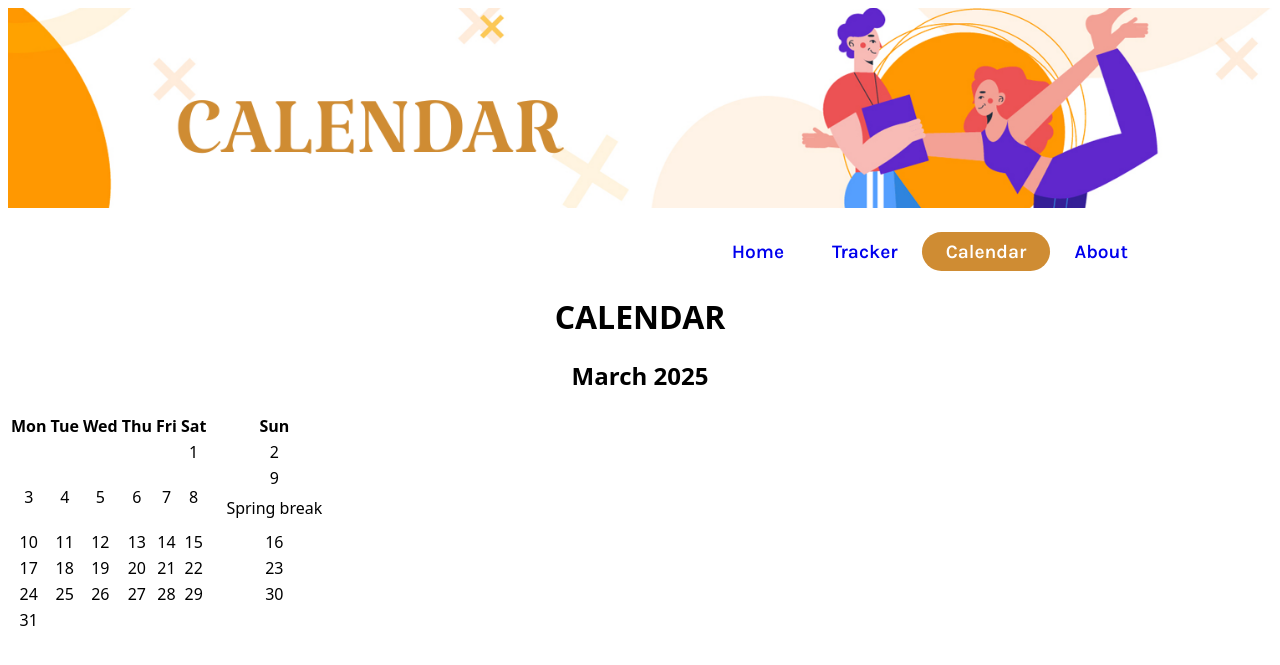
Repository: SandyLy453/habit-tracker
Page: http://localhost/calendar?month=1&year=2025
These files come from the project's save history. The page is drawn as it stood at one moment and after the next save; the edit follows.
The browser window is 1280 px wide. The pictures show the whole page.
The page is served by the project's Node server (server.js).

Above is the page before, as saved 2025-03-16 17:18:22.

### views/pages/calendar.ejs
<!DOCTYPE html>
<html lang="en">
<head>
    <meta charset="UTF-8">
    <meta name="viewport" content="width=device-width, initial-scale=1.0">
    <link rel="stylesheet" href="/styles.css">
    <link rel="preconnect" href="https://fonts.googleapis.com">
    <link rel="preconnect" href="https://fonts.gstatic.com" crossorigin>
    <link href="https://fonts.googleapis.com/css2?family=Karla:ital,wght@0,200..800;1,200..800&family=Roboto:ital,wght@0,100..900;1,100..900&display=swap" rel="stylesheet">
</head>
<body>
    <%- include('../partials/header', { activePage: 'calendar' }) %>

  <div class="calendar-container">
    <header class="calendar-header">
      <h1>CALENDAR</h1>
    </header>

    <div class="calendar-nav">
      <h2 id="month-year">
        <%= new Date(currentYear, currentMonth).toLocaleString('default', { month: 'long', year: 'numeric' }) %>
      </h2>
    </div>

    <table class="calendar-table">
      <thead>
        <tr>
          <th>Mon</th><th>Tue</th><th>Wed</th><th>Thu</th><th>Fri</th><th>Sat</th><th>Sun</th>
        </tr>
      </thead>
      <tbody>
        <%
          const firstDay = new Date(currentYear, currentMonth, 1);
          const firstDayIndex = (firstDay.getDay() + 6) % 7;
          const daysInMonth = new Date(currentYear, currentMonth + 1, 0).getDate();
          let dateCount = 1;

          for (let i = 0; i < 6; i++) { %>
          <tr>
            <% for (let j = 0; j < 7; j++) { %>
              <% if ((i === 0 && j < firstDayIndex) || dateCount > daysInMonth) { %>
                <td></td>
              <% } else { %>
                <td class="calendar-day">
                  <span class="date-number"><%= dateCount %></span>
                  <% if (currentMonth === 2 && dateCount === 9) { %>
                    <div class="event">Spring break</div>
                  <% } %>
                </td>
                <% dateCount++; %>
              <% } %>
            <% } %>
          </tr>
        <% } %>
      </tbody>
    </table>
  </div>

</body>
</html>

### views/partials/header.ejs
<!DOCTYPE html>
<html lang="en">
<head>
    <meta charset="UTF-8">
    <meta name="viewport" content="width=device-width, initial-scale=1.0">
    <title>
        <%= typeof title != 'undefined' ? title : 'Page Title' %>
    </title>
    <link rel="stylesheet" href="/styles.css">
    <link rel="preconnect" href="https://fonts.googleapis.com">
    <link rel="preconnect" href="https://fonts.gstatic.com" crossorigin>
    <link href="https://fonts.googleapis.com/css2?family=Karla:ital,wght@0,200..800;1,200..800&family=Roboto:ital,wght@0,100..900;1,100..900&display=swap" rel="stylesheet">
</head>
<body>
    <header>
        <div class="header_container">
            <img src="<%= activePage === 'home' ? '/images/home_banner.png' : activePage === 'tracker' ? '/images/tracker_banner.png' : activePage === 'calendar' ? '/images/calendar_banner.png' : '/images/about_banner.png' %>" alt="Banner Images"/>
            <ul class="header">
                <li><a href="/" class="header_items <%= activePage === 'home' ? 'highlight' : '' %>">Home</a></li>
                <li><a href="/tracker" class="header_items <%= activePage === 'tracker' ? 'highlight' : '' %>">Tracker</a></li>
                <li><a href="/calendar" class="header_items <%= activePage === 'calendar' ? 'highlight' : '' %>">Calendar</a></li>
                <li><a href="/about" class="header_items <%= activePage === 'about' ? 'highlight' : '' %>">About</a></li>
              </ul>
        </div>
    </header>
</body>
</html>

### server.js
import pg from 'pg';
import express from 'express';
import bodyParser from 'body-parser';
import dotenv from 'dotenv';
import path from 'path';
import { fileURLToPath } from 'url';

const __filename = fileURLToPath(import.meta.url);
const __dirname = path.dirname(__filename);

dotenv.config();

// Database setup
const db = new pg.Client({
  user: process.env.DB_USER,
  host: process.env.DB_HOST,
  database: process.env.DB_DATABASE,
  password: process.env.DB_PASSWORD,
  port: process.env.DB_PORT,
});

db.connect()
  .then(() => {
    console.log('Connected to the database');
  })
  .catch(err => {
    console.error('Database connection error:', err.stack);
});

const app = express();
const port = 3000;

app.set('views', path.join(__dirname, 'views'));

// Middleware
app.use(bodyParser.urlencoded({ extended: true }));
app.use(express.static('public'));  // Serve static files from the public folder
app.set('view engine', 'ejs');

// Routes
app.get('/', (req, res) => {
  res.render('pages/home', {
    title: "Personal Habit Tracker",
    activePage: 'home',
    paragraph: "Track your progress today for better habits."
  });
});

app.get('/tracker', (req, res) => {
  res.render('pages/tracker', {
    title: "My Habits Tracker",
    activePage: 'tracker',
    paragraph: " "
  });
});

app.get('/calendar', (req, res) => {
  const currentDate = new Date();
  res.render('pages/calendar', {
    title: "Calendar",
    activePage: 'calendar',
    currentMonth: currentDate.getMonth(),
    currentYear: currentDate.getFullYear(),
  });
});

app.get('/about', (req, res) => {
  res.render('pages/about', {
    title: "About",
    activePage: 'about',
  });
});

app.listen(port, () => {
  console.log(`App listening at port ${port}`);
});

### public/styles.css
:root {
    --header-font: "Karla", sans-serif;
    --heading-font: "Lora", serif;

    --font-styles-bold: 600;
    --font-styles-regular: 400;
    --header-large: 1.2rem;
    --page-heading: 2.5rem;
    --page-details: 1.1rem;

    --card-status-inProgress: #CF8C33;
    --card-paragraph: #4A4A4A;
    --card-status-done: #03a903;

    --schedules-reading: #FFCF90;
    --schedules-running: #B2ABEA;
    --schedules-drawing: #E0F1FF;
    --schedules-meditation: #FFDDE9;
    --event-backgroundColor: #FFF7EC;

    --numDays: 5;
    --numHours: 10;
    --timeHeight: 60px;
}

body {
    font-family: Arial, sans-serif;
    text-align: center;
}

input, button {
    margin: 5px;
    padding: 8px;
}

/* Header */
.header_container img {
    margin: 0;
    padding: 0;
    display: block;
    width: 100%;
    height: 100%;
    object-fit: cover;
}

.header {
    display: flex;
    flex-direction: row;
    justify-content:flex-end;
    list-style: none;
    margin: 2rem 120px;
    font-family: var(--header-font);
    font-weight: var(--font-styles-bold);
    font-size: var(--header-large);
}

.header_items {
    text-decoration: none;
    padding: .5rem 1.5rem;
    border-radius: 20px;
}

.header_items.highlight {
    color: white;
    background-color: var(--card-status-inProgress);
}

/* Home Page */
.heading_section {
    text-align: left;
    margin: 6rem 120px 4rem 120px;
}

.heading_section h1 {
    font-family: var(--heading-font);
    font-weight: var(--font-styles-regular);
    font-size: var(--page-heading);
    margin-bottom: 0;
}

.heading_section p {
    font-size: var(--page-details);
    margin-top: .5rem;
    font-style: italic;
}

.main_content {
    display: flex;
    flex-direction: row;
    margin: 0 120px 7rem 120px;
    gap: 2rem;
    text-align: left;
    align-items: flex-start;
}

/* Home Page Cards */

.cards_section {
    width: 50%;
    display: flex;
    flex-direction: column;
    justify-content: flex-start;
    padding: 0;
}

.cards_section h2,
.schedules_section h2 {
    font-family: var(--heading-font);
}

.cards {
    display: flex;
    flex-direction: row;
    flex-wrap: wrap;
    gap: 20px;
}

.card {
    position: relative;
    background-color: white;
    border-radius: 8px;
    border: 2px solid #D8D8D8;
    padding: 15px;
    width: 240px;
    height: 180px;
    text-align: left;
    overflow: hidden;
}

.card img {
    width: 100%;
    height: 100px;
    object-fit: cover;
    position: absolute;
    overflow: hidden;
    top: 0;
    left: 0;
    right: 0;
}

.habit {
    position: relative;
    display: flex;
    flex-direction: row;
    margin-bottom: 15px;
    justify-content: space-between;
    top: 6.5rem;
}

.habit h3 {
    margin: 0;
    font-size: 16px;
}

.habit p {
    margin: 5px 0;
    font-size: 14px;
    color: var(--card-paragraph);
}

.status {
    font-weight: bold;
}

.status.in-progress {
    color: var(--card-status-inProgress);
}

.status.done {
    color: var(--card-status-done);
}

/* Calendar */

.schedules_section {
    width: 50%;
    display: flex;
    flex-direction: column;
}

.calendar {
    display: grid;
    gap: 10px;
    grid-template-columns: auto 1fr;
}

.timeline {
    display: grid;
    grid-template-rows: repeat(var(--numHours), var(--timeHeight));
}

.days {
    display: grid;
    grid-column: 2;
    gap: 5px;
    grid-template-columns: repeat(auto-fit, minmax(100px, 1fr));
}

.events {
    display: grid;
    grid-template-rows: repeat(var(--numHours), var(--timeHeight));
    border-radius: 5px;
    background: var(--event-backgroundColor);
}

.start-10 {
    grid-row-start: 2;
}

.start-12 {
    grid-row-start: 3;
}

.start-1 {
    grid-row-start: 5;
}

.start-2 {
    grid-row-start: 6;
}

.end-12 {
    grid-row-end: 4;
}

.end-1 {
    grid-row-end: 5;
}

.end-3 {
    grid-row-end: 7;
}

.end-4 {
    grid-row-end: 8;
}

.end-5 {
    grid-row-end: 9;
}

.title {
    font-weight: 600;
    margin-bottom: 0.1rem;
}

.event {
    border: 1px solid var(--eventBorderColor);
    border-radius: 5px;
    padding: 0.5rem;
    margin: 0 0.5rem;
    background: white;
}

.events p {
    font-size: 14px;
}

.space,
.date {
    height: 60px
}

body {
    font-family: system-ui, sans-serif;
}

.running {
    background: var(--schedules-running);
}

.drawing {
    background: var(--schedules-drawing);
}

.meditation {
    background: var(--schedules-meditation);
}

.reading {
    background: var(--schedules-reading);
}

.date {
    display: flex;
    gap: 1em;
}

.date-day {
    display: inline;
    font-size: var(--page-details);
}

After the next save:
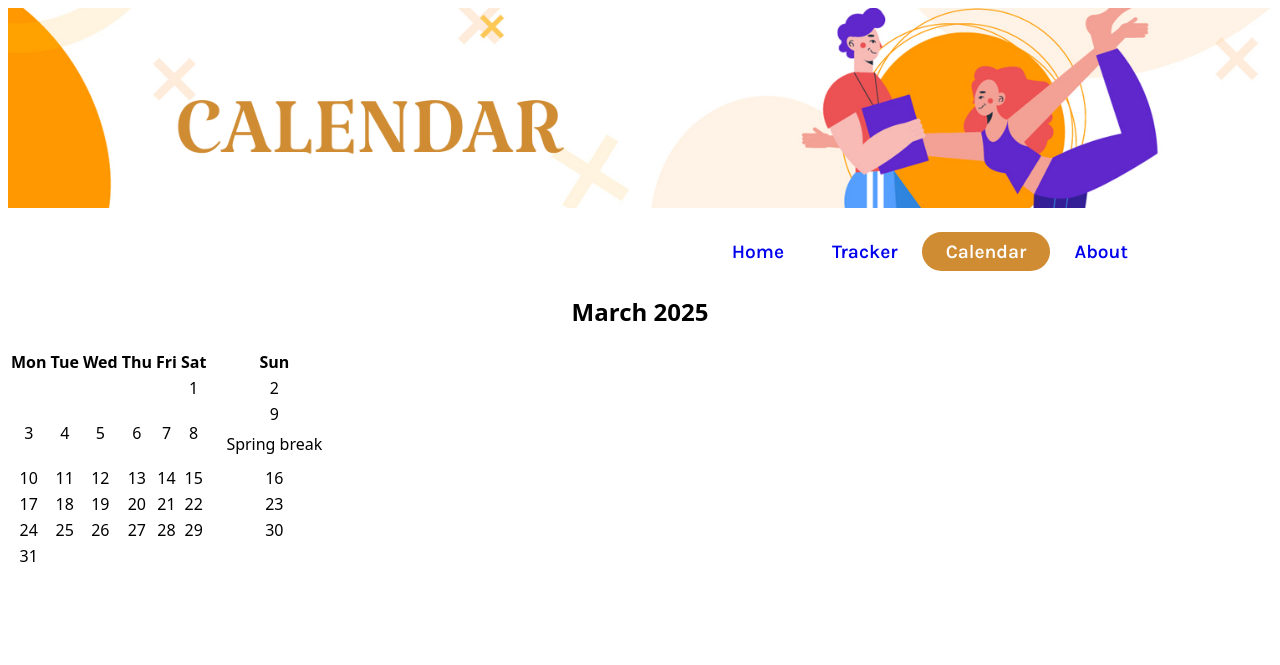
Saved 40 s later.
--- a/views/pages/calendar.ejs
+++ b/views/pages/calendar.ejs
@@ -12,10 +12,6 @@
     <%- include('../partials/header', { activePage: 'calendar' }) %>
 
   <div class="calendar-container">
-    <header class="calendar-header">
-      <h1>CALENDAR</h1>
-    </header>
-
     <div class="calendar-nav">
       <h2 id="month-year">
         <%= new Date(currentYear, currentMonth).toLocaleString('default', { month: 'long', year: 'numeric' }) %>
